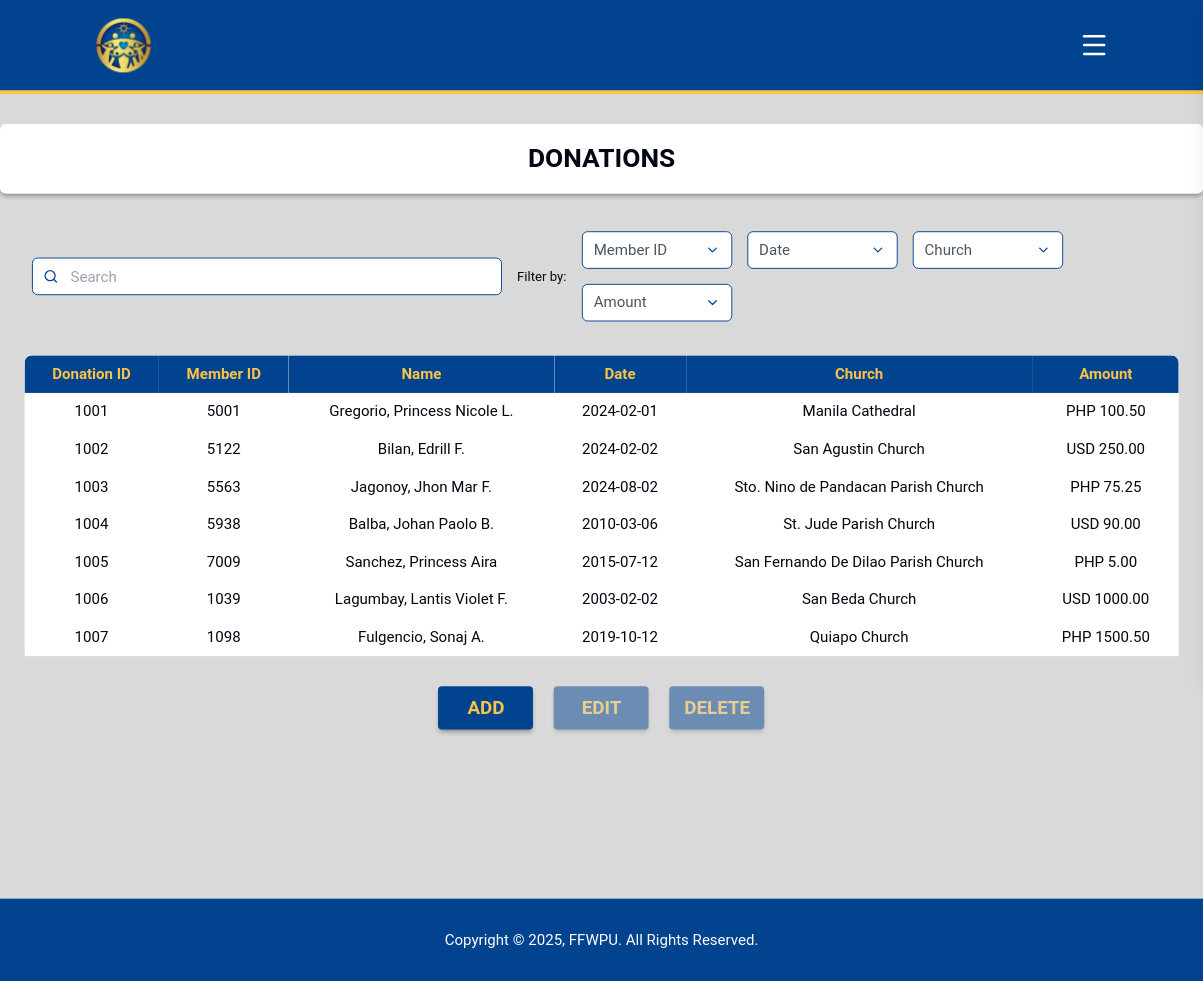
Repository: CoderTofu/FFWPU_System
Page: /donation
These files come from the project's save history. The page is drawn as it stood at one moment and after the next save; the edit follows.
The browser window is 1280 px wide. The pictures show the whole page, at 94% of full size.
The project was rebuilt for these pictures with package versions that can differ from the ones it lists, and the page was loaded fresh each time. The framework's server and built-in components were replaced by stand-ins that run in the browser. Also part of the build but not shown: next.config.ts, src/components/NavbarPublic.tsx, src/components/FooterPublic.tsx, src/lib/utils.ts, src/components/ui/dialog.tsx, src/components/ui/button.tsx, src/components/Modal.tsx.

Above is the page before, as saved 2025-03-07 07:53:09.

After the next save:
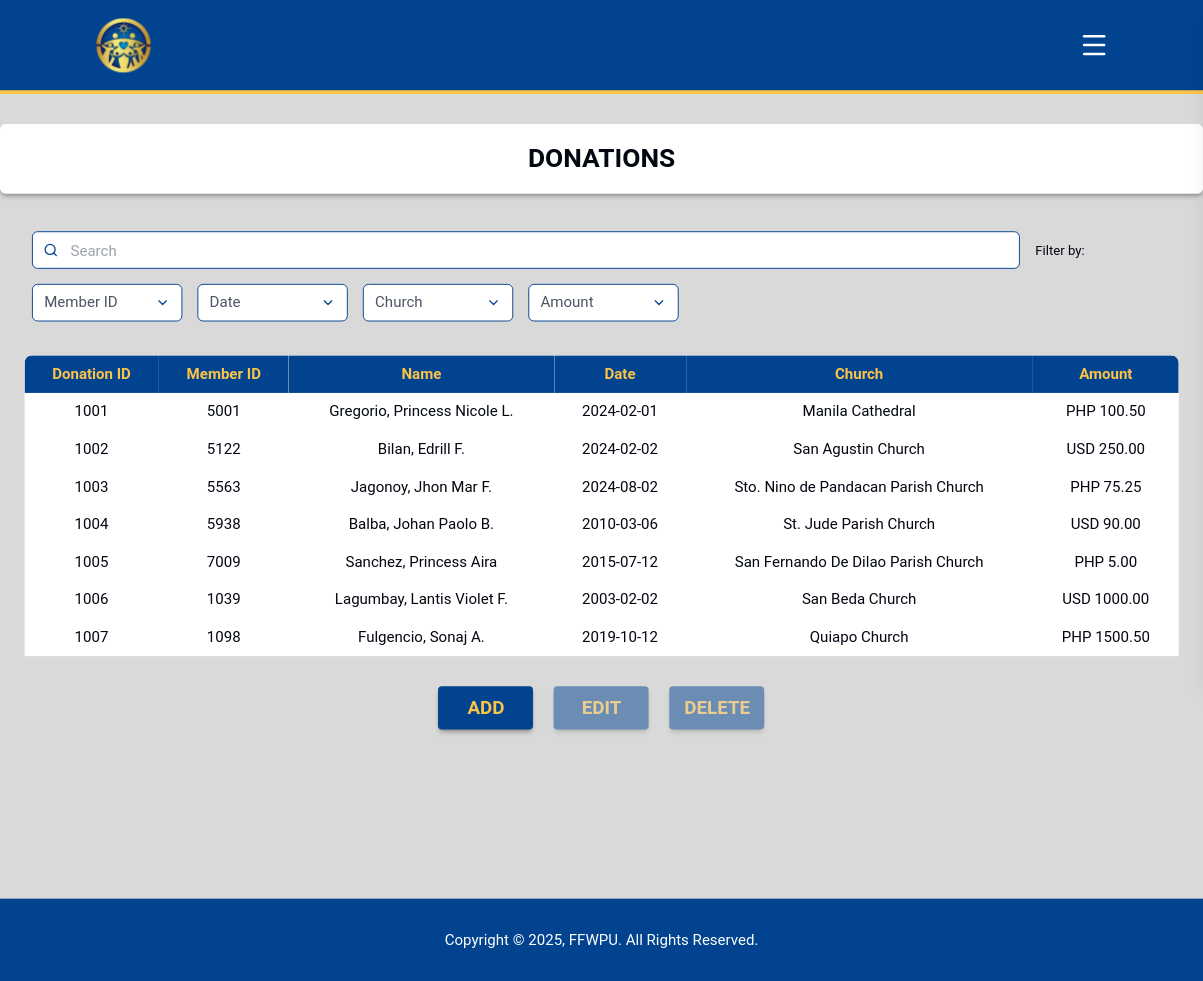
Saved 89 s later.
--- a/src/components/DonationModals.tsx
+++ b/src/components/DonationModals.tsx
@@ -53,7 +53,7 @@
   };
 
   return (
-    <div className="flex items-center gap-4 w-full sm:flex-nowrap">
+    <div className="flex flex-wrap items-center gap-4 w-full ">
       <div className="relative flex-shrink-0 flex-grow min-w-[250px] sm:w-[300px] md:w-[350px] lg:w-[500px]">
         <Search className="absolute left-3 top-1/2 transform -translate-y-1/2 w-4 h-4 text-[#01438F]" />
         <input
